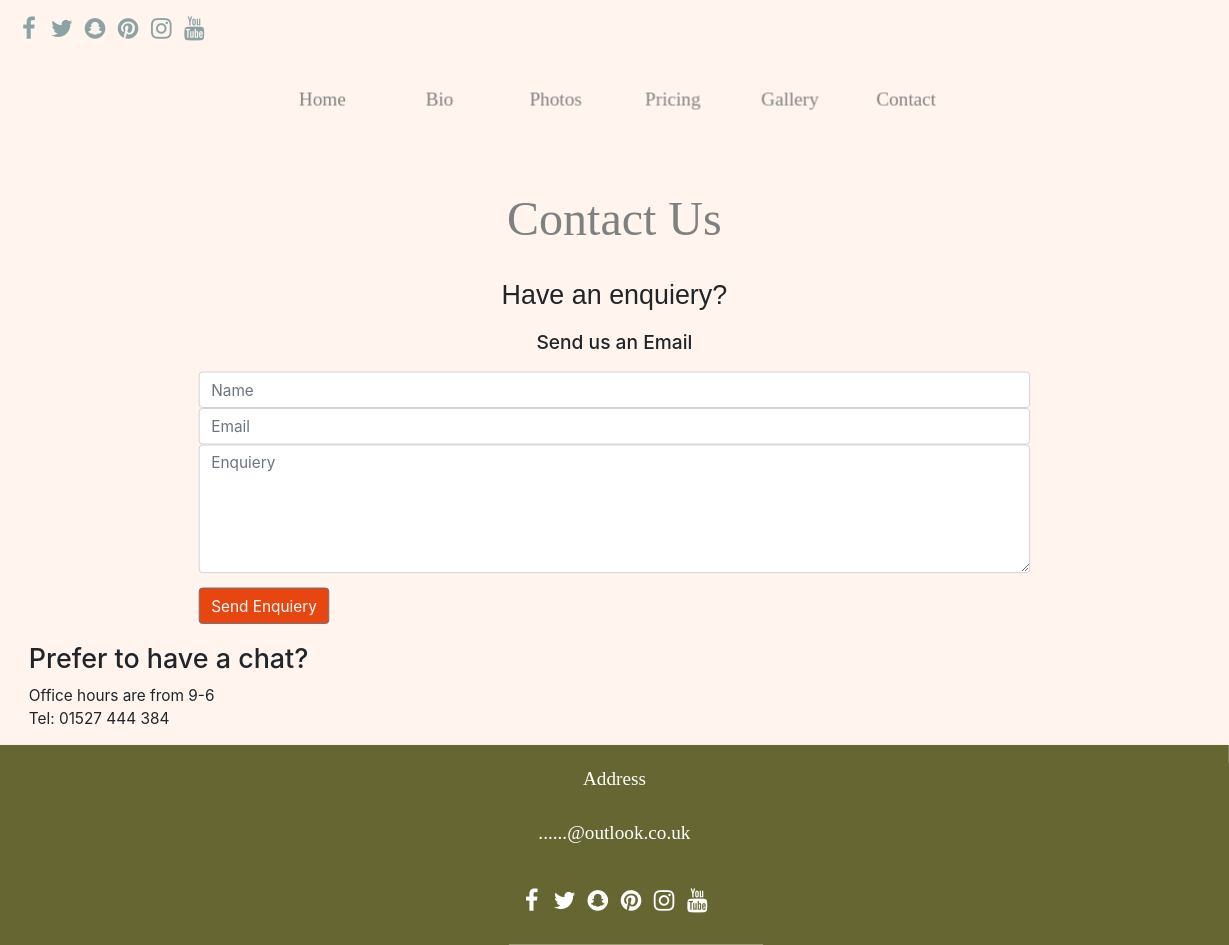
Repository: elizabeth24602/LoaderMedia
Page: contact.html
The author's editor kept a record of every edit. The page is drawn from the files as they stood at one moment, then again after the next edit.
The browser window is 1280 px wide. The pictures show the whole page, at 96% of full size.
Some web fonts or font styles are not loaded; a fallback is used.

Above is the page before.
Console error: ReferenceError: emailjs is not defined
Not found: Assests/images/

### contact.html
<!DOCTYPE html>
<html lang="en">
<head>
    <meta charset="UTF-8">
    <meta name="viewport" content="width=device-width, initial-scale=1.0">
    <meta http-equiv="X-UA-Compatible" content="ie=edge">

    <link rel="stylesheet" href="static/css/bootstrap.min.css" type="text/css" />
    <link rel="stylesheet" href="static/css/dc.min.css" type="text/css" />



    <link rel="stylesheet" href="https://stackpath.bootstrapcdn.com/bootstrap/4.3.1/css/bootstrap.min.css" type="text/css" />
    <link rel="stylesheet" href="https://stackpath.bootstrapcdn.com/font-awesome/4.7.0/css/font-awesome.min.css" type="text/css" />
    <link href="https://fonts.googleapis.com/css?family=Lacquer&display=swap" rel="stylesheet">
    <link href="https://fonts.googleapis.com/css?family=Beth+Ellen&display=swap" rel="stylesheet">
    <link rel="stylesheet" href="https://cdnjs.cloudflare.com/ajax/libs/hover.css/2.3.1/css/hover-min.css" type="text/css" />
    <link rel="stylesheet" href="Assests/images/" type="text/css" />
    <link rel="stylesheet" href="Assests/css/style.css" type="text/css" />

    <title>Loader Media</title>

     <script type="text/javascript" src="static/js/d3.min.js"></script>
    <script type="text/javascript" src="static/js/crossfilter.min.js"></script>
    <script type="text/javascript" src="static/js/dc.min.js"></script>
    <script type="text/javascript" src="static/js/queue.min.js"></script>
    <script type="text/javascript" src="static/js/graph.js"></script>

    <script type="text/javascript"
        src="https://cdn.jsdelivr.net/npm/emailjs-com@2.4.0/dist/email.min.js">
    </script>
    <script type="text/javascript">
        (function(){
      emailjs.init("user_t0zUP8ySyXRy1bOf7ZHEA");
        })();
    </script>

</head>
<body>
     <header class="container-fluid">
        <div id="social-links" class="row">
        <div class="col-sm-4">
                <ul class="list-inline social-links">
                    <li class="list-inline-item">
                        <a target="_blank" href="#">
                            <i class="fa fa-facebook" aria-hidden="true"></i>
                            <span class="sr-only">Facebook</span>
                        </a>
                    </li>
                    <li class="list-inline-item">
                        <a target="_blank" href="#">
                            <i class="fa fa-twitter" aria-hidden="true"></i>
                            <span class="sr-only">Twitter</span>
                        </a>
                    </li>
                    <li class="list-inline-item">
                        <a target="_blank" href="#">
                            <i class="fa fa-snapchat" aria-hidden="true"></i>
                            <span class="sr-only">Snapchat</span>
                        </a>
                    </li>
                    <li class="list-inline-item">
                        <a target="_blank" href="#">
                            <i class="fa fa-pinterest" aria-hidden="true"></i>
                            <span class="sr-only">Pinterest</span>
                        </a>
                    </li>
                    <li class="list-inline-item">
                        <a target="_blank" href="#">
                            <i class="fa fa-instagram" aria-hidden="true"></i>
                            <span class="sr-only">Instagram</span>
                        </a>
                    </li>
                    <li class="list-inline-item">
                        <a target="_blank" href="#">
                            <i class="fa fa-youtube" aria-hidden="true"></i>
                            <span class="sr-only">YouTube</span>
                        </a>
                    </li>
                </ul>
            </div>
        </div>
         <div class="row no-gutters">
            <div class="col">
                <ul id="nav" class="list-inline menucontainer">
                    <li class="col-4 col-sm-2 ui-menu-color-home list-inline-item menuitem">
                        <a href="index.html" class="hvr-underline-from-center"><span>Home</span></a>
                    </li>
                    <li class="col-4 col-sm-2 ui-menu-color-bio list-inline-item menuitem">
                        <a href="bio.html" class="hvr-underline-from-center"><span>Bio</span></a>
                    </li>
                     <li class="col-4 col-sm-2 ui-menu-color-photos list-inline-item menuitem">
                        <a href="photos.html" class="hvr-underline-from-center"><span>Photos</span></a>
                    </li>
                    <li class="col-4 col-sm-2 ui-menu-color-pricing list-inline-item menuitem">
                        <a href="photos.html" class="hvr-underline-from-center"><span>Pricing</span></a>
                    </li>
                    <li class="col-4 col-sm-2 ui-menu-color-gallery list-inline-item menuitem">
                        <a href="music.html" class="hvr-underline-from-center"><span>Gallery</span></a>
                    </li>
                    <li class="col-4 col-sm-2 ui-menu-color-contact list-inline-item menuitem">
                        <a href="contact.html" class="hvr-underline-from-center"><span>Contact</span></a>
                    </li>
                </ul>
            </div>
        </div>

        <div class="row no-gutters">
            <div class="col headings">
                <h3 class="name3">Contact Us</h3>
            </div>
        </div>
    </header>

    <section class="container-fluid">
        <div class="row bg-color-contact">
            <div class="col-sm-12">
                <h3 class="contact-heading uppercase">Have an enquiery?</h3>
                <h5 class="uppercase text-center">Send us an Email</h5>
            </div>
            <div class="col-sm-12 center-form">
                <input type="text" name="name" class="form-control" id="fullname" placeholder="Name" required/>
                <input type="text" name="emailaddress" class="form-control" id="emailaddress" placeholder="Email" required/>
                <textarea rows="5" name="projectsummary" class="form-control" id="projectsummary" placeholder="Enquiery" required></textarea>
                <button type="submit" class="btn btn-secondary center-block">Send Enquiery</button>
                </form>
            </div>
        </div>
        <div class="col-sm-12">
            <h3 class="chat">Prefer to have a chat?</h3>
            <p class="number">Office hours are from 9-6<br>
            Tel: 01527 444 384</p>
        </div>
    </section>

    <footer class="container-fluid">
    <div id="footer-details" class="row">
        <div class="col-sm-12">
            <p class="address">Address</p>
        </div>
    </div>
        <div class="row">
            <div class="col-sm-12">
                <p class="email">......@outlook.co.uk</p>
            </div>
        </div>
        <div class="row">
            <div class="col-sm-12">
                        <ul class="list-inline social-links2 container-fluid">
                    <li class="list-inline-item">
                        <a target="_blank" href="#">
                            <i class="fa fa-facebook" aria-hidden="true"></i>
                            <span class="sr-only">Facebook</span>
                        </a>
                    </li>
                    <li class="list-inline-item">
                        <a target="_blank" href="#">
                            <i class="fa fa-twitter" aria-hidden="true"></i>
                            <span class="sr-only">Twitter</span>
                        </a>
                    </li>
                    <li class="list-inline-item">
                        <a target="_blank" href="#">
                            <i class="fa fa-snapchat" aria-hidden="true"></i>
                            <span class="sr-only">Snapchat</span>
                        </a>
                    </li>
                    <li class="list-inline-item">
                        <a target="_blank" href="#">
                            <i class="fa fa-pinterest" aria-hidden="true"></i>
                            <span class="sr-only">Pinterest</span>
                        </a>
                    </li>
                    <li class="list-inline-item">
                        <a target="_blank" href="#">
                            <i class="fa fa-instagram" aria-hidden="true"></i>
                            <span class="sr-only">Instagram</span>
                        </a>
                    </li>
                    <li class="list-inline-item">
                        <a target="_blank" href="#">
                            <i class="fa fa-youtube" aria-hidden="true"></i>
                            <span class="sr-only">YouTube</span>
                        </a>
                    </li>
                </ul>
            </div>
        </div>
    </footer>

<script>src = static/js/sendEmail.js</script>

</body>
</html>

### Assests/css/style.css
@import url('https://fonts.googleapis.com/css?family=Lacquer:100,200,300,400,500,600,700|Beth+Ellen:100,200,300,400,500,600,700|Pacifico:100,200,300,400,500,600,700');

/*-------------------------------Website Name */

.name {
    font-family: "Beth+Ellen";
     font-weight: 100;
    font-size: 80px;
    margin-top: 70px;
    text-align: center;
    color: #808080;
}

.name3 {
    font-family: "Beth+Ellen";
     font-weight: 60;
    font-size: 50px;
    margin-top: 70px;
    text-align: center;
    color: #808080;
}

/*-------------------------------Background */

body {
    background: #fff5ee;
}

/*-------------------------------Social */

.social-links {
    padding-top: 15px;
    padding-bottom: 15px;
}

.social-links li a i {
    width: 30px;
    height: 30px;
    padding: 12px 0;
    border-radius: 20%;
    font-size: 25px;
    line-height: 7px;
    text-align: center;
    color: #8ca3a3;
    background: #fff5ee;
    transition: all 0.35s ease-in-out;
    -moz-transition: all 0.35s ease-in-out;
    -webkit-transition: all 0.35s ease-in-out;
    -o-transition: all 0.35s ease-in-out;
}

/*-------------------------------menu */


.list-inline-item:not(:last-child) {
    margin: 0;
}

.menucontainer {
    font-size: 0;
    margin: auto;
    width: 60%;
    padding: 10px;
}

#nav li {
    font-size: 20px;
    font-family: 'Beth+Ellen';
    padding: 0;
}

.menuitem {
    text-align: center;
    padding: 0;
}

.body {
    text-align: center;
}

.menuitem a {
    width: 100%;
    text-decoration: none;
    color: #808080;
}

.hvr-underline-from-center:before {
    background-color: #ffffff;
    color: #d3d3d3;
}


.a:hover {
    text-decoration: none;
}

/*-------------------------------Footer */


footer {
    background-color: #666633;
    color: #ffffff;
    min-height: 120px;
    margin: 0;
}

.address {
    color: #ffffff;
    text-align: center;
    font-family: "Beth+Ellen";
    padding-top: 20px;
    font-size: 20px;
}
.email {
    color: #ffffff;
    text-align: center;
    font-family: "Beth+Ellen";
    padding: 10px;
    font-size: 20px;
}

.social-links2 {
    padding-top: 15px;
    padding-bottom: 15px;
    text-align: center;
}

.social-links2 li a i {
    width: 30px;
    height: 30px;
    padding: 12px 0;
    border-radius: 20%;
    font-size: 25px;
    line-height: 7px;
    text-align: center;
    color: #ffffff;
    background: #5563f46;
    transition: all 0.35s ease-in-out;
    -moz-transition: all 0.35s ease-in-out;
    -webkit-transition: all 0.35s ease-in-out;
    -o-transition: all 0.35s ease-in-out;
}

/*-------------------------------Photos */

.purchased {
    font-family: 'pacifico';
    font-weight: 100;
    font-size: 30px;
    margin-top: 50px;
    text-align: center;
    color: #808080;
}

.gender {
    color: #808080;
    font-family: "Beth+Ellen";
}

.dc-chart rect.bar {
fill: #666633;
}

.gender-balance {
    color: #808080;
}

.info {
    font-family: "pacifico";
    color: #808080;
    text-align: center;
}

.info2 {
    font-family: "pacifico";
    color: #808080;
    text-align: center;
}

.info3 {
    font-family: "pacifico";
    color: #808080;
    text-align: center;
}

.shade {
    color: #ffffff;
    font-family: "Beth+Ellen";
}

/*-------------------------------contact */

.contact-heading {
    font-family: "Beth+Ellen", sans-serif;
    text-align: center;
    font-weight: 100;
    margin-top: 25px;
    margin-bottom: 20px;
}


.center-form {
    padding-top: 10px;
    margin: 0 auto;
    max-width: 70%;
}

button[type="submit"] {
    margin-top: 15px;
    margin-bottom: 20px;
    background-color: #e84610;
    color: #fafafa;
}

### static/js/graph.js
queue()
    .defer(d3.csv, "data/Salaries.csv")
    .await(makeGraphs);

function makeGraphs(error, salaryData) {
    var ndx = crossfilter(salaryData);

    salaryData.forEach(function(d){
        d.salary = parseInt(d.salary);
    })

    show_discipline_selector(ndx);
    show_gender_balance(ndx);
    show_average_salary(ndx);
    show_rank_distribution(ndx);

    dc.renderAll();
}

function show_discipline_selector(ndx) {
    var dim = ndx.dimension(dc.pluck('discipline'));
    var group = dim.group();

    dc.selectMenu("#discipline-selector")
        .dimension(dim)
        .group(group);
}


function show_gender_balance(ndx) {
    var dim = ndx.dimension(dc.pluck('sex'));
    var group = dim.group();

    dc.barChart("#gender-balance")
        .width(400)
        .height(300)
        .margins({top: 10, right: 50, bottom: 30, left: 50})
        .dimension(dim)
        .group(group)
        .transitionDuration(500)
        .x(d3.scale.ordinal())
        .xUnits(dc.units.ordinal)
        .xAxisLabel("Gender")
        .yAxis().ticks(20);
}


function show_average_salary(ndx) {
    var dim = ndx.dimension(dc.pluck('sex'));

    function add_item(p, v) {
        p.count++;
        p.total += v.salary;
        p.average = p.total / p.count;
        return p;
    }

    function remove_item(p, v) {
        p.count--;
        if(p.count == 0) {
            p.total = 0;
            p.average = 0;
        } else {
            p.total -= v.salary;
            p.average = p.total / p.count;
        }
        return p;
    }

    function initialise() {
        return {count: 0, total: 0, average: 0};
    }

    var averageSalaryByGender = dim.group().reduce(add_item, remove_item, initialise);

    dc.barChart("#average-salary")
        .width(400)
        .height(300)
        .margins({top: 10, right: 50, bottom: 30, left: 50})
        .dimension(dim)
        .group(averageSalaryByGender)
        .valueAccessor(function(d){
            return d.value.average.toFixed(2);
        })
        .transitionDuration(500)
        .x(d3.scale.ordinal())
        .xUnits(dc.units.ordinal)
        .elasticY(true)
        .xAxisLabel("Shade")
        .yAxis().ticks(10);
}


function show_rank_distribution(ndx) {

    function rankByGender(dimension, rank) {
        return dimension.group().reduce(
            function (p, v) {
                p.total++;
                if(v.rank == rank) {
                    p.match++;
                }
                return p;
            },
            function (p, v) {
                p.total--;
                if(v.rank == rank) {
                    p.match--;
                }
                return p;
            },
            function () {
                return {total: 0, match: 0};
            }
        );
    }

    var dim = ndx.dimension(dc.pluck("sex"));
    var profByGender = rankByGender(dim, "Motor Vehicles");
    var asstProfByGender = rankByGender(dim, "Animals");
    var assocProfByGender = rankByGender(dim, "Landscapes");

    dc.barChart("#rank-distribution")
        .width(400)
        .height(300)
        .dimension(dim)
        .group(profByGender, "Motors")
        .stack(asstProfByGender, "Animals")
        .stack(assocProfByGender, "Landscapes")
        .valueAccessor(function(d) {
            if(d.value.total > 0) {
                return (d.value.match / d.value.total) * 100;
            } else {
                return 0;
            }
        })
        .x(d3.scale.ordinal())
        .xUnits(dc.units.ordinal)
        .legend(dc.legend().x(320).y(20).itemHeight(15).gap(5))
        .margins({top: 10, right: 100, bottom: 30, left: 30});
}

Loaded but not shown: static/css/bootstrap.min.css (library); static/css/dc.min.css (library); static/js/d3.min.js (library); static/js/crossfilter.min.js (library); static/js/dc.min.js (library); static/js/queue.min.js (common file)

After the next edit:
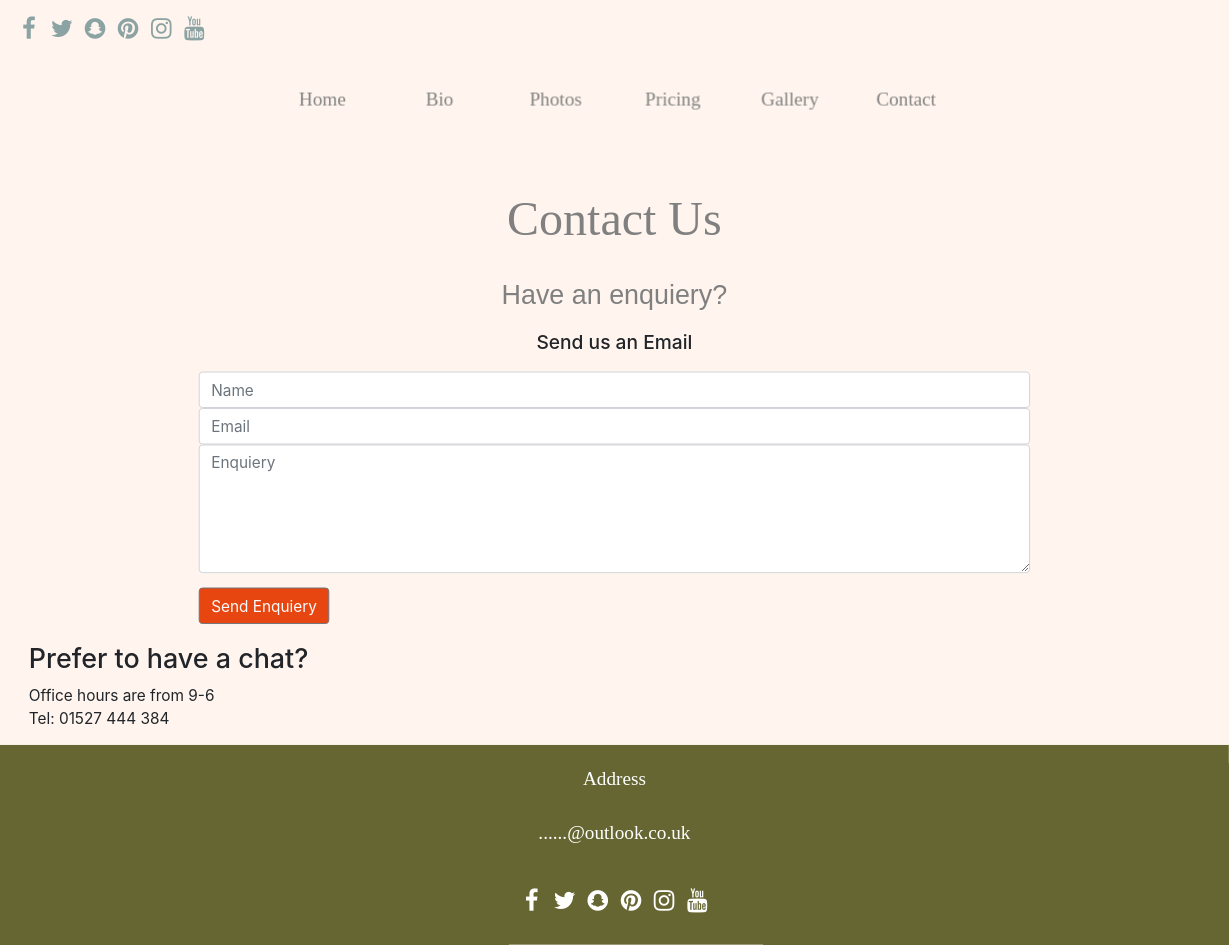
The edit:
--- a/Assests/css/style.css
+++ b/Assests/css/style.css
@@ -196,6 +196,7 @@
     font-weight: 100;
     margin-top: 25px;
     margin-bottom: 20px;
+    color: #808080;
 }
 
 
